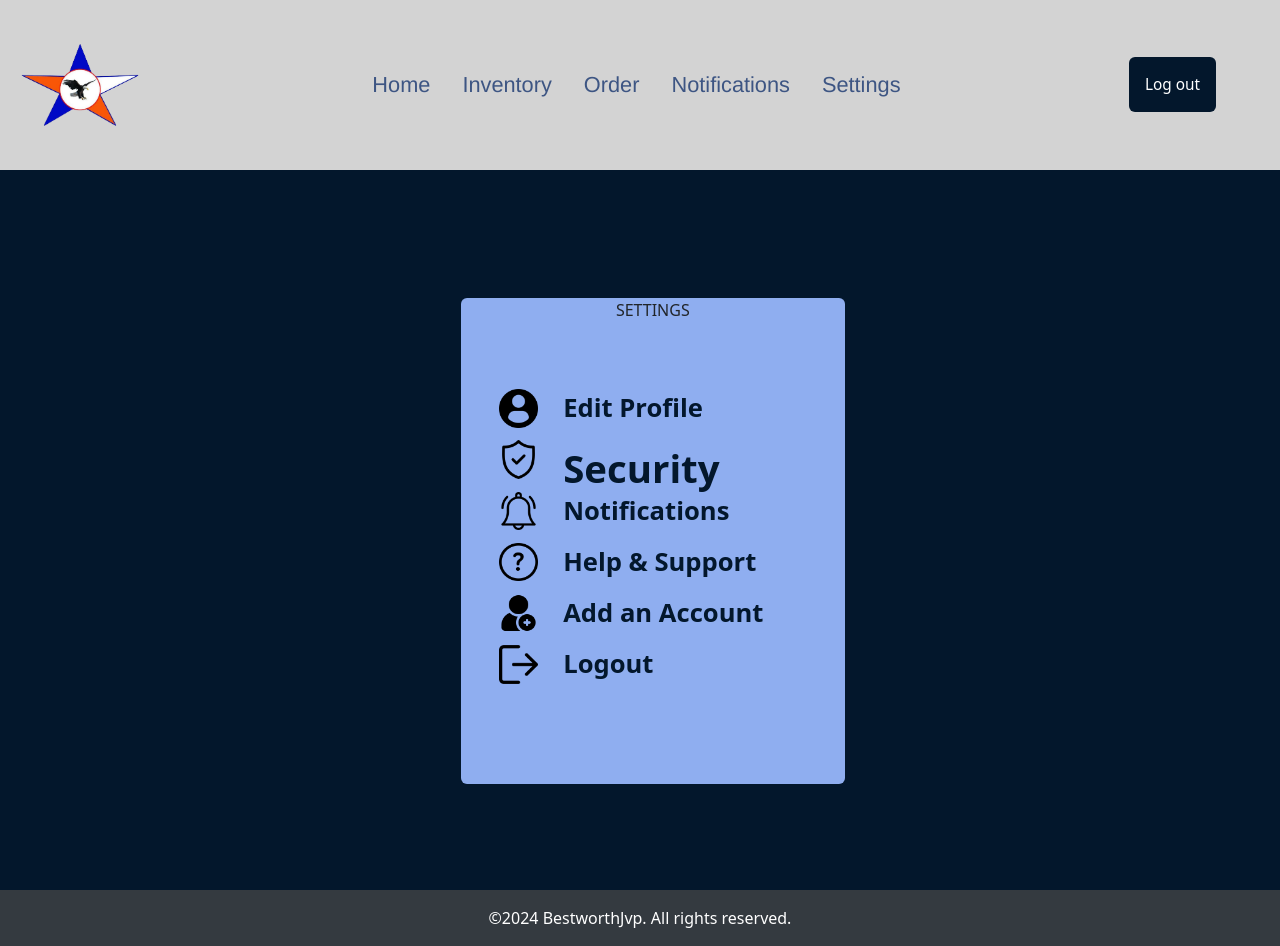
Repository: OVictor21/inventory
Page: /Setting
The author's editor kept a copy of each file at every save. The page is drawn from the files as they stood at one save, then again after a run of saves.
The browser window is 1280 px wide. The pictures show the whole page.
The project was rebuilt for these pictures with package versions that can differ from the ones it lists, and the page was loaded fresh each time. Also part of the build but not shown: src/components/login.jsx, src/components/signup.jsx, src/components/reset1.jsx, src/components/reset2.jsx, src/pages/Admin.jsx.

Above is the page before, as saved 2024-12-16 19:58:30.

After the next 2 saves:
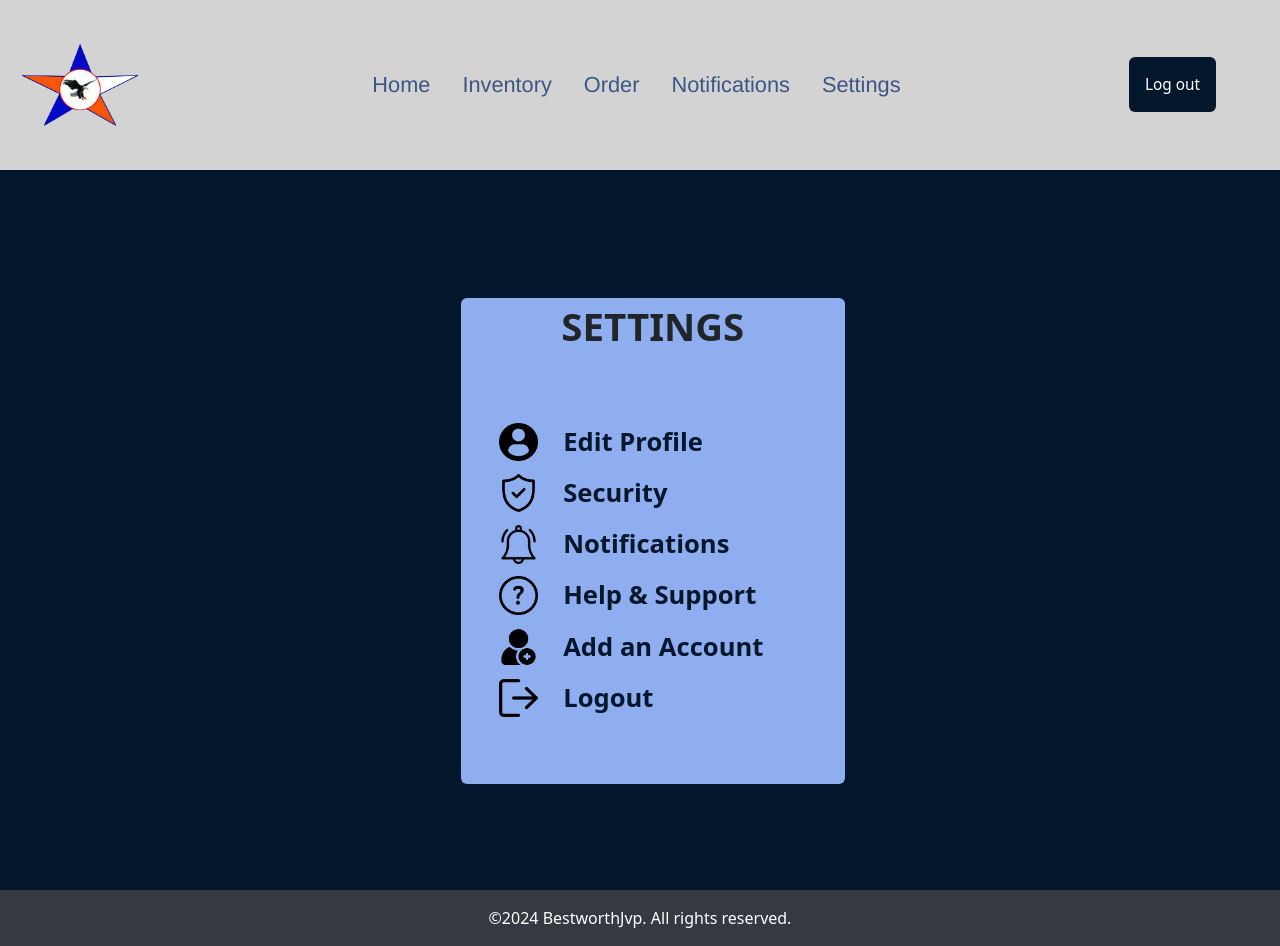
The 2 saves are shown as one change because they came seconds apart.
The last was saved 11 s later.
--- a/src/index.css
+++ b/src/index.css
@@ -384,7 +384,7 @@ nav {
   top:24vw;
 }
 
-.security-text{
+.setting-text{
   font-size: 3vw;
   font-weight: 600;
 }
